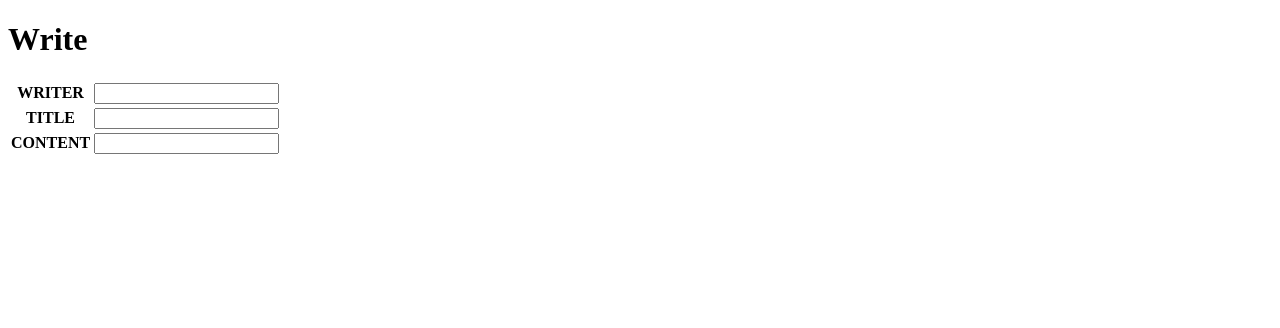
Repository: leedh909/Academy-web-
Page: http://localhost/Jsp09_AnswerBoard/boardwrite.jsp
These files come from the project's save history. The page is drawn as it stood at one moment and after the next save; the edit follows.
The browser window is 1280 px wide. The pictures show the whole page.
The page is served by Tomcat 9. Other server files are loaded and not shown.

Above is the page before, as saved 2020-07-08 03:14:21.

### 실습자료/eclipse-servlet/Jsp09_AnswerBoard/WebContent/boardwrite.jsp
<%@ page language="java" contentType="text/html; charset=UTF-8"
    pageEncoding="UTF-8"%>

<% request.setCharacterEncoding("UTF-8"); %>
<% response.setContentType("text/html; charset=UTF-8"); %>

<!DOCTYPE html>
<html>
<head>
<meta charset="UTF-8">
<title>Insert title here</title>
</head>
<body>
	<h1>Write</h1>
	<form action="answer.do" method="post">
		<input type="hidden" name="command" value="boardwrite">
		<table>
			<tr>
				<th>WRITER</th>
				<td><input type="text" name="writer"></td>
			</tr>
			<tr>
				<th>TITLE</th>
				<td><input type="text" name="title"></td>
			</tr>
			<tr>
				<th>CONTENT</th>
				<td><input type="text" name="writer"></td>
			</tr>




		</table>
	</form>







</body>
</html>

After the next save:
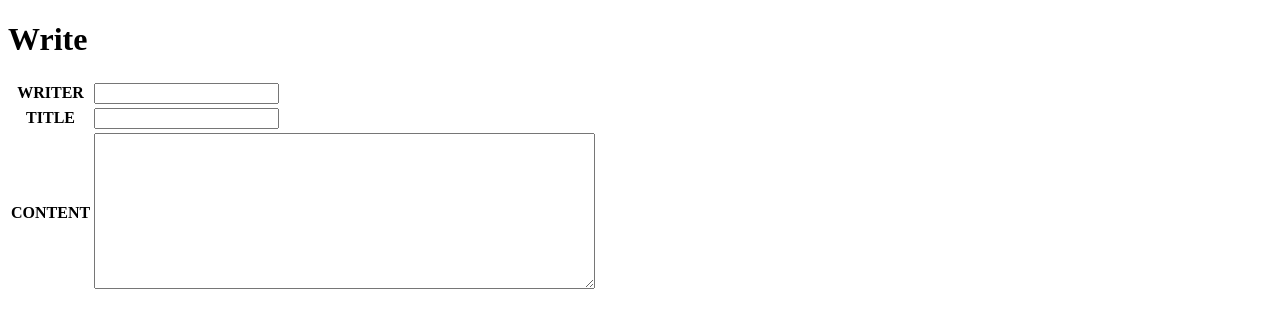
Saved 27 s later.
--- a/실습자료/eclipse-servlet/Jsp09_AnswerBoard/WebContent/boardwrite.jsp
+++ b/실습자료/eclipse-servlet/Jsp09_AnswerBoard/WebContent/boardwrite.jsp
@@ -25,7 +25,7 @@
 			</tr>
 			<tr>
 				<th>CONTENT</th>
-				<td><input type="text" name="writer"></td>
+				<td><textarea rows="10" cols="60" name="content"></textarea> </td>
 			</tr>
 
 
